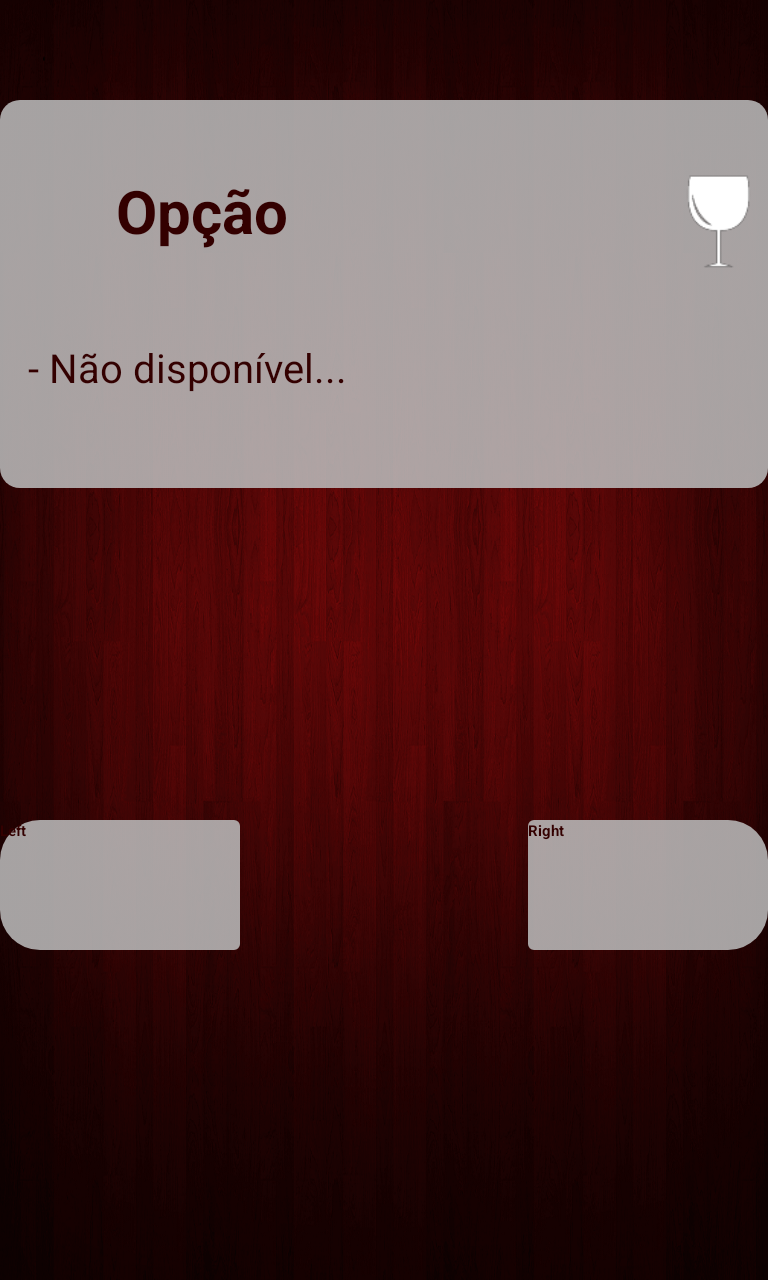
Repository: LuisFilipeDias/eMenu
Layout: SideMenuTutorial/res/layout/display_fragment.xml
These files come from the project's save history. The layout is drawn as it stood at one moment and after the next save; the edit follows.
It is drawn on a 768 x 1280 px phone screen (xhdpi) without system bars, with theme Theme.Sherlock; the app's code is not run.

Above is the layout before, as saved 2013-12-23 19:01:12.

After the next save:
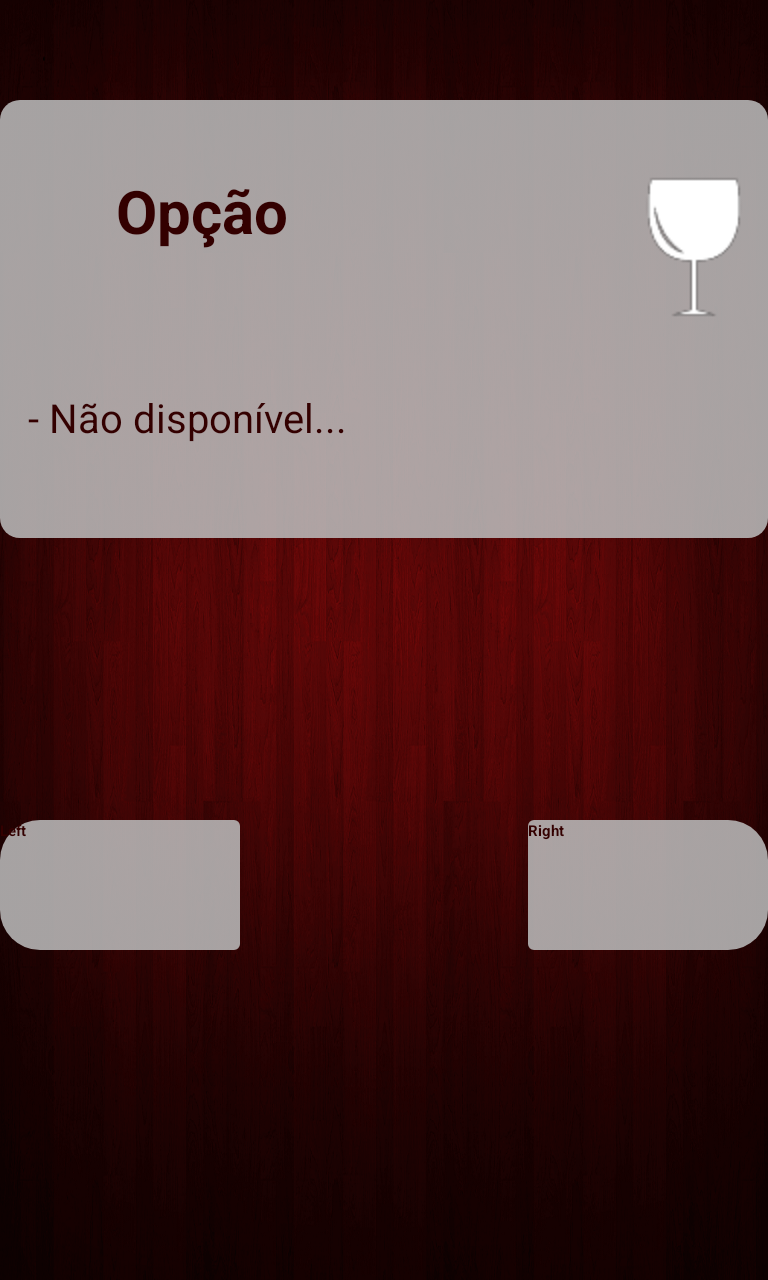
Saved 20 s later.
--- a/SideMenuTutorial/res/layout/display_fragment.xml
+++ b/SideMenuTutorial/res/layout/display_fragment.xml
@@ -48,8 +48,8 @@
 
                 <TextView
                     android:id="@+id/bogus_ttl"
-                    android:layout_width="50dp"
-                    android:layout_height="50dp"
+                    android:layout_width="75dp"
+                    android:layout_height="75dp"
                     android:layout_alignParentRight="true"
                     android:layout_marginBottom="20dp"
                     android:layout_marginTop="35dp"
